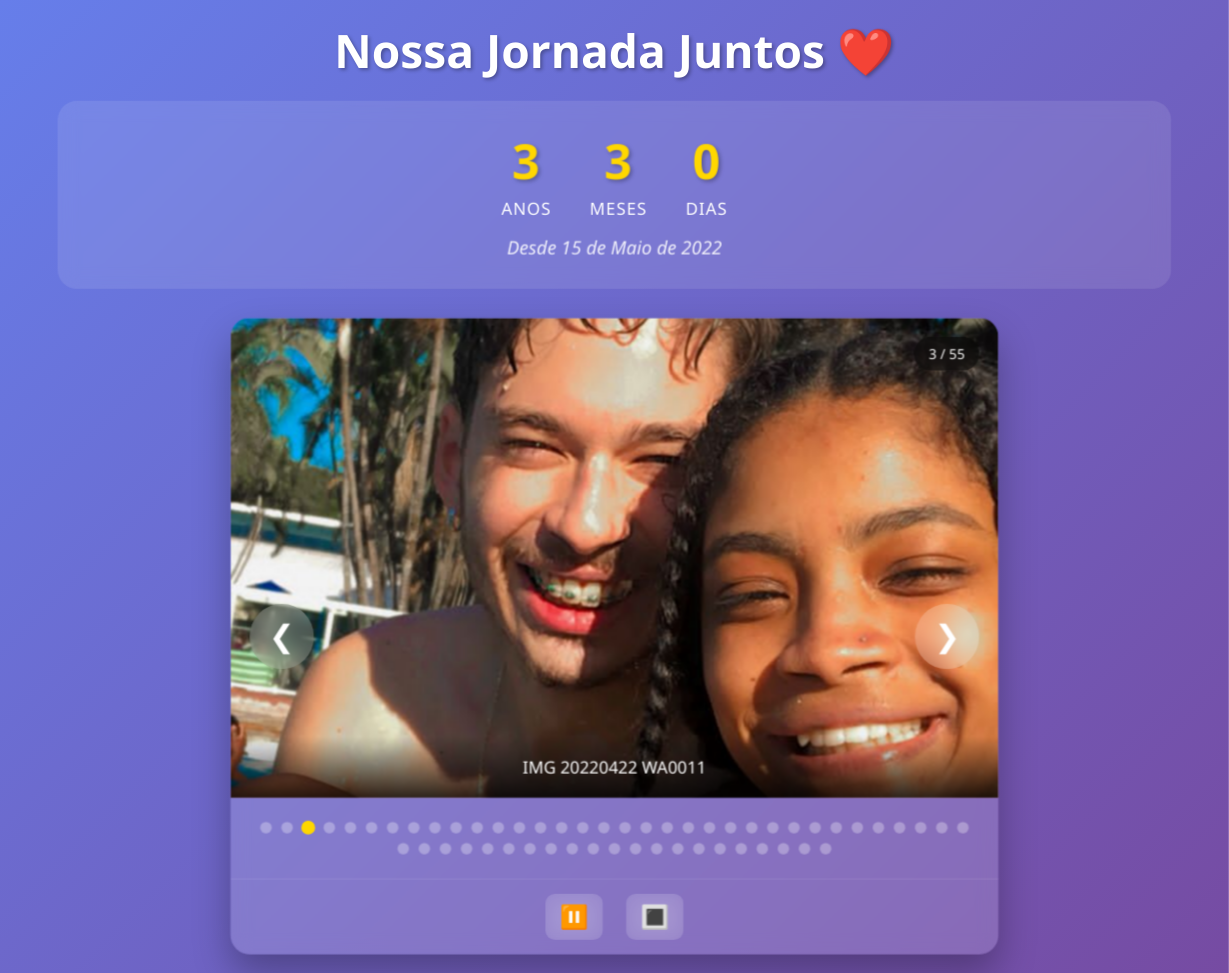
Repository: yan-luca/vic-yan
Page: index.html
An editor plug-in stored every save of this project. The page is shown before and after the next save, followed by the edit.
The browser window is 1280 px wide. The pictures show the whole page, at 96% of full size.

Above is the page before, as saved 2025-08-14 11:39:51.

### index.html
<!DOCTYPE html>
<html lang="pt-BR">
<head>
    <meta charset="UTF-8">
    <meta name="viewport" content="width=device-width, initial-scale=1.0">
    <title>Nossa Jornada - Vic & Yan</title>
    <link rel="stylesheet" href="style.css">
</head>
<body>
    <div class="container">
        <header>
            <h1>Nossa Jornada Juntos ❤️</h1>
            <div class="counter-container">
                <div class="counter">
                    <div class="counter-item">
                        <span id="years" class="counter-number">0</span>
                        <span class="counter-label">Anos</span>
                    </div>
                    <div class="counter-item">
                        <span id="months" class="counter-number">0</span>
                        <span class="counter-label">Meses</span>
                    </div>
                    <div class="counter-item">
                        <span id="days" class="counter-number">0</span>
                        <span class="counter-label">Dias</span>
                    </div>
                </div>
                <p class="start-date">Desde 15 de Maio de 2022</p>
            </div>
        </header>

        <main>
            <div class="slideshow-container">
                <div class="slides-wrapper" id="slidesWrapper">
                    <!-- As imagens serão carregadas dinamicamente aqui -->
                </div>

                <button class="nav-btn prev" id="prevBtn" onclick="changeSlide(-1)">❮</button>
                <button class="nav-btn next" id="nextBtn" onclick="changeSlide(1)">❯</button>

                <div class="slide-counter">
                    <span id="currentSlide">1</span> / <span id="totalSlides">0</span>
                </div>

                <div class="dots-container" id="dotsContainer">
                    <!-- Os pontos indicadores serão criados dinamicamente -->
                </div>

                <div class="controls">
                    <button id="playPauseBtn" onclick="toggleAutoplay()">⏸️</button>
                    <button onclick="toggleFullscreen()">🔳</button>
                </div>
            </div>

            <div class="loading" id="loading">
                <p>Carregando fotos...</p>
            </div>

            <div class="no-images" id="noImages" style="display: none;">
                <h3>📷 Como adicionar suas fotos no GitHub Pages:</h3>
                <div class="instructions">
                    <p><strong>⚠️ Importante:</strong> O GitHub Pages requer lista manual das imagens por segurança.</p>

                    <p><strong>📝 Passo a passo:</strong></p>
                    <ol>
                        <li>Faça upload das suas fotos para a pasta <code>images/</code></li>
                        <li>Abra o arquivo <code>script.js</code> para editar</li>
                        <li>Procure por <code>const imageList = [</code></li>
                        <li>Adicione os nomes das suas fotos:</li>
                    </ol>

                    <div class="code-example">
                        <strong>Exemplo:</strong><br>
                        <code>const imageList = [</code><br>
                        <code>&nbsp;&nbsp;&nbsp;&nbsp;'nossa-primeira-foto.jpg',</code><br>
                        <code>&nbsp;&nbsp;&nbsp;&nbsp;'viagem-praia.png',</code><br>
                        <code>&nbsp;&nbsp;&nbsp;&nbsp;'aniversario-2023.jpeg'</code><br>
                        <code>];</code>
                    </div>

                    <p><strong>🔄 Depois:</strong> Faça commit e push das mudanças</p>
                </div>
                <p class="formats">Formatos suportados: JPG, JPEG, PNG, GIF, WebP</p>
            </div>
        </main>
    </div>

    <script src="script.js"></script>
</body>
</html>

### style.css
* {
    margin: 0;
    padding: 0;
    box-sizing: border-box;
}

body {
    font-family: 'Segoe UI', Tahoma, Geneva, Verdana, sans-serif;
    background: linear-gradient(135deg, #667eea 0%, #764ba2 100%);
    min-height: 100vh;
    color: white;
}

.container {
    max-width: 1200px;
    margin: 0 auto;
    padding: 20px;
}

header {
    text-align: center;
    margin-bottom: 30px;
}

header h1 {
    font-size: 3em;
    margin-bottom: 20px;
    text-shadow: 2px 2px 4px rgba(0,0,0,0.3);
    animation: fadeInUp 1s ease-out;
}

.counter-container {
    background: rgba(255, 255, 255, 0.1);
    backdrop-filter: blur(10px);
    border-radius: 20px;
    padding: 30px;
    margin: 20px 0;
    animation: fadeInUp 1s ease-out 0.3s both;
}

.counter {
    display: flex;
    justify-content: center;
    gap: 40px;
    margin-bottom: 15px;
}

.counter-item {
    display: flex;
    flex-direction: column;
    align-items: center;
}

.counter-number {
    font-size: 3em;
    font-weight: bold;
    color: #ffd700;
    text-shadow: 2px 2px 4px rgba(0,0,0,0.3);
    transition: all 0.3s ease;
}

.counter-label {
    font-size: 1.1em;
    text-transform: uppercase;
    letter-spacing: 1px;
    margin-top: 5px;
}

.start-date {
    font-size: 1.2em;
    opacity: 0.9;
    font-style: italic;
}

.slideshow-container {
    position: relative;
    max-width: 800px;
    margin: 0 auto;
    background: rgba(255, 255, 255, 0.1);
    backdrop-filter: blur(10px);
    border-radius: 20px;
    overflow: hidden;
    box-shadow: 0 20px 40px rgba(0,0,0,0.3);
    animation: fadeInUp 1s ease-out 0.6s both;
}

.slides-wrapper {
    position: relative;
    width: 100%;
    height: 500px;
    overflow: hidden;
}

.slide {
    display: none;
    width: 100%;
    height: 100%;
    position: relative;
    animation: fadeIn 0.5s ease-in-out;
}

.slide.active {
    display: block;
}

.slide img {
    width: 100%;
    height: 100%;
    object-fit: cover;
    border-radius: 0;
}

.slide-caption {
    position: absolute;
    bottom: 0;
    left: 0;
    right: 0;
    background: linear-gradient(transparent, rgba(0,0,0,0.8));
    color: white;
    padding: 20px;
    text-align: center;
    font-size: 1.1em;
}

.nav-btn {
    position: absolute;
    top: 50%;
    transform: translateY(-50%);
    background: rgba(255, 255, 255, 0.2);
    border: none;
    color: white;
    font-size: 2em;
    padding: 15px 20px;
    cursor: pointer;
    transition: all 0.3s ease;
    backdrop-filter: blur(10px);
    border-radius: 50%;
    z-index: 10;
}

.nav-btn:hover {
    background: rgba(255, 255, 255, 0.3);
    transform: translateY(-50%) scale(1.1);
}

.prev {
    left: 20px;
}

.next {
    right: 20px;
}

.slide-counter {
    position: absolute;
    top: 20px;
    right: 20px;
    background: rgba(0, 0, 0, 0.5);
    color: white;
    padding: 8px 15px;
    border-radius: 20px;
    font-size: 0.9em;
    backdrop-filter: blur(10px);
}

.dots-container {
    text-align: center;
    padding: 20px;
    background: rgba(255, 255, 255, 0.05);
}

.dot {
    height: 12px;
    width: 12px;
    margin: 0 5px;
    background-color: rgba(255, 255, 255, 0.3);
    border-radius: 50%;
    display: inline-block;
    cursor: pointer;
    transition: all 0.3s ease;
}

.dot.active, .dot:hover {
    background-color: #ffd700;
    transform: scale(1.2);
}

.controls {
    text-align: center;
    padding: 15px;
    background: rgba(255, 255, 255, 0.05);
    border-top: 1px solid rgba(255, 255, 255, 0.1);
}

.controls button {
    background: rgba(255, 255, 255, 0.1);
    border: none;
    color: white;
    font-size: 1.5em;
    padding: 10px 15px;
    margin: 0 10px;
    cursor: pointer;
    border-radius: 10px;
    transition: all 0.3s ease;
    backdrop-filter: blur(10px);
}

.controls button:hover {
    background: rgba(255, 255, 255, 0.2);
    transform: scale(1.1);
}

.loading, .no-images {
    text-align: center;
    padding: 60px 20px;
    font-size: 1.3em;
    background: rgba(255, 255, 255, 0.1);
    backdrop-filter: blur(10px);
    border-radius: 20px;
    max-width: 800px;
    margin: 0 auto;
}

.loading p, .no-images p {
    margin: 10px 0;
}

.no-images h3 {
    color: #ffd700;
    margin-bottom: 20px;
    font-size: 1.5em;
}

.no-images .instructions {
    text-align: left;
    background: rgba(255, 255, 255, 0.05);
    padding: 20px;
    border-radius: 10px;
    margin: 20px 0;
    max-width: 600px;
    margin-left: auto;
    margin-right: auto;
}

.no-images .instructions p {
    margin: 15px 0 10px 0;
    font-weight: bold;
    color: #ffd700;
}

.no-images .instructions ol {
    margin: 10px 0 20px 20px;
    font-size: 0.9em;
}

.no-images .instructions li {
    margin: 8px 0;
    line-height: 1.4;
}

.no-images code {
    background: rgba(255, 255, 255, 0.2);
    padding: 2px 6px;
    border-radius: 4px;
    font-family: 'Courier New', monospace;
    color: #ffd700;
}

.no-images .code-example {
    background: rgba(0, 0, 0, 0.3);
    padding: 15px;
    border-radius: 8px;
    margin: 15px 0;
    border-left: 4px solid #ffd700;
}

.no-images .code-example code {
    background: transparent;
    padding: 0;
    color: #fff;
    font-size: 0.9em;
    line-height: 1.6;
}

.no-images .formats {
    font-size: 0.9em;
    opacity: 0.8;
    font-style: italic;
}

/* Animações */
@keyframes fadeIn {
    from { opacity: 0; }
    to { opacity: 1; }
}

@keyframes fadeInUp {
    from {
        opacity: 0;
        transform: translateY(30px);
    }
    to {
        opacity: 1;
        transform: translateY(0);
    }
}

@keyframes pulse {
    0% { transform: scale(1); }
    50% { transform: scale(1.05); }
    100% { transform: scale(1); }
}

.counter-number {
    animation: pulse 2s infinite;
}

/* Responsividade */
@media (max-width: 768px) {
    header h1 {
        font-size: 2em;
    }

    .counter {
        gap: 20px;
        flex-wrap: wrap;
    }

    .counter-number {
        font-size: 2em;
    }

    .slides-wrapper {
        height: 300px;
    }

    .nav-btn {
        font-size: 1.5em;
        padding: 10px 15px;
    }

    .prev {
        left: 10px;
    }

    .next {
        right: 10px;
    }
}

@media (max-width: 480px) {
    .container {
        padding: 10px;
    }

    .counter-container {
        padding: 20px;
    }

    .counter {
        gap: 15px;
    }

    .counter-number {
        font-size: 1.8em;
    }

    .slides-wrapper {
        height: 250px;
    }
}

/* Modo fullscreen */
.slideshow-container.fullscreen {
    position: fixed;
    top: 0;
    left: 0;
    width: 100vw;
    height: 100vh;
    max-width: none;
    z-index: 1000;
    border-radius: 0;
}

.slideshow-container.fullscreen .slides-wrapper {
    height: 100vh;
}

.slideshow-container.fullscreen .slide img {
    object-fit: contain;
}

### script.js
// Configurações
const startDate = new Date('2022-05-15');
let currentSlideIndex = 0;
let slides = [];
let isAutoplay = true;
let autoplayInterval;
const autoplayDelay = 2000; // 4 segundos

// Formatos de imagem suportados
const imageFormats = ['jpg', 'jpeg', 'png', 'gif', 'webp'];

// IMPORTANTE: No GitHub Pages, você DEVE listar manualmente suas imagens aqui
// O GitHub Pages não permite descoberta automática de arquivos por segurança
const imageList = [
    // Suas fotos (organizadas cronologicamente):
    '20220330_205428.jpg',
    'IMG-20220412-WA0014.jpg',
    'IMG-20220422-WA0011.jpg',
    'IMG-20220424-WA0016.jpg',
    'IMG-20220501-WA0048.jpg',
    'IMG-20220610-WA0003.jpg',
    'IMG-20220619-WA0008.jpg',
    'IMG-20220626-WA0062.jpg',
    'IMG-20220626-WA0071.jpg',
    'IMG-20220724-WA0056.jpg',
    'IMG-20220818-WA0011.jpg',
    '20220912_113155.jpg',
    '20220912_141717.jpg',
    'IMG-20220925-WA0011.jpg',
    'IMG-20221030-WA0012.jpg',
    'IMG-20221201-WA0009.jpg',
    'IMG-20221203-WA0001.jpg',
    '20230128_180709.jpg',
    'IMG-20230216-WA0000.jpg',
    '20230506_192135.jpg',
    '20230521_122653.jpg',
    '20230603_172531.jpg',
    '20230608_000824.jpg',
    '20230707_173940.jpg',
    '20230714_174535.jpg',
    '20230714_174624(0).jpg',
    '20230714_175502.jpg',
    '20230715_223103.jpg',
    '20230716_163837.jpg',
    '20230716_164612.jpg',
    '20230822_182113.jpg',
    '20230823_160356.jpg',
    '20230917_160911.jpg',
    '20230917_164506.jpg',
    '20230928_182321.jpg',
    '20231224_211740.jpg',
    '20240215_161409.jpg',
    '20240215_163658.jpg',
    '20240215_164804.jpg',
    '20240510_144636.jpg',
    'Screenshot_20240515_131250_Photos.jpg',
    'Screenshot_20240515_131302_Photos.jpg',
    '20240612_190503.jpg',
    '20240615_191854.jpg',
    '20240817_175401.jpg',
    '20240817_175604.jpg',
    '20240824_204941.jpg',
    '20240924_184110.jpg',
    '20240924_184135.jpg',
    '20241025_224054.jpg',
    '20241201_185904.jpg',
    '20250322_204125.jpg',
    '20250522_200536.jpg',
    '20250612_185640.jpg',
    '20250716_202833.jpg'

    // ⚠️  ATENÇÃO: Se deixar vazio, a página mostrará as instruções de como adicionar fotos
];

// Inicialização
document.addEventListener('DOMContentLoaded', function() {
    updateCounter();
    loadImages();

    // Atualizar contador a cada segundo
    setInterval(updateCounter, 1000);

    // Controles de teclado
    document.addEventListener('keydown', handleKeyPress);
});

// Função para atualizar o contador de tempo
function updateCounter() {
    const now = new Date();
    const diff = now - startDate;

    const years = Math.floor(diff / (365.25 * 24 * 60 * 60 * 1000));
    const months = Math.floor((diff % (365.25 * 24 * 60 * 60 * 1000)) / (30.44 * 24 * 60 * 60 * 1000));
    const days = Math.floor((diff % (30.44 * 24 * 60 * 60 * 1000)) / (24 * 60 * 60 * 1000));

    document.getElementById('years').textContent = years;
    document.getElementById('months').textContent = months;
    document.getElementById('days').textContent = days;
}

// Função para carregar imagens
async function loadImages() {
    const slidesWrapper = document.getElementById('slidesWrapper');
    const loading = document.getElementById('loading');
    const noImages = document.getElementById('noImages');

    try {
        // No GitHub Pages, só funciona com lista manual
        if (imageList.length === 0) {
            loading.style.display = 'none';
            noImages.style.display = 'block';
            return;
        }

        // Carregar e validar imagens da lista manual
        for (const imageName of imageList) {
            await loadImage(imageName);
        }

        if (slides.length === 0) {
            loading.style.display = 'none';
            noImages.style.display = 'block';
            return;
        }

        loading.style.display = 'none';
        setupSlideshow();

    } catch (error) {
        console.error('Erro ao carregar imagens:', error);
        loading.style.display = 'none';
        noImages.style.display = 'block';
    }
}

// Função para carregar uma imagem específica
function loadImage(imageName) {
    return new Promise((resolve) => {
        const img = new Image();

        img.onload = function() {
            slides.push({
                src: `images/${imageName}`,
                name: imageName,
                caption: getImageCaption(imageName)
            });
            resolve();
        };

        img.onerror = function() {
            console.warn(`❌ Imagem não encontrada: images/${imageName}`);
            console.warn('💡 Verifique se o nome está correto e se o arquivo existe na pasta images/');
            resolve();
        };

        img.src = `images/${imageName}`;
    });
}

// Função para gerar legenda da imagem
function getImageCaption(imageName) {
    // Remove a extensão e formata o nome
    const nameWithoutExtension = imageName.replace(/\.[^/.]+$/, "");
    return nameWithoutExtension.replace(/[_-]/g, ' ').replace(/^\w/, c => c.toUpperCase());
}

// Função para configurar o slideshow
function setupSlideshow() {
    const slidesWrapper = document.getElementById('slidesWrapper');
    const dotsContainer = document.getElementById('dotsContainer');

    // Limpar conteúdo existente
    slidesWrapper.innerHTML = '';
    dotsContainer.innerHTML = '';

    // Criar slides
    slides.forEach((slide, index) => {
        // Criar slide
        const slideDiv = document.createElement('div');
        slideDiv.className = 'slide';
        slideDiv.innerHTML = `
            <img src="${slide.src}" alt="${slide.caption}" loading="lazy">
            <div class="slide-caption">${slide.caption}</div>
        `;
        slidesWrapper.appendChild(slideDiv);

        // Criar dot
        const dot = document.createElement('span');
        dot.className = 'dot';
        dot.onclick = () => goToSlide(index);
        dotsContainer.appendChild(dot);
    });

    // Atualizar contador total
    document.getElementById('totalSlides').textContent = slides.length;

    // Mostrar primeiro slide
    showSlide(0);

    // Iniciar autoplay
    if (isAutoplay) {
        startAutoplay();
    }
}

// Função para mostrar slide específico
function showSlide(index) {
    const slideElements = document.querySelectorAll('.slide');
    const dots = document.querySelectorAll('.dot');

    // Esconder todos os slides
    slideElements.forEach(slide => slide.classList.remove('active'));
    dots.forEach(dot => dot.classList.remove('active'));

    // Mostrar slide atual
    if (slideElements[index]) {
        slideElements[index].classList.add('active');
        dots[index].classList.add('active');
    }

    currentSlideIndex = index;
    document.getElementById('currentSlide').textContent = index + 1;
}

// Função para ir para slide específico
function goToSlide(index) {
    showSlide(index);
    restartAutoplay();
}

// Função para mudar slide
function changeSlide(direction) {
    const newIndex = currentSlideIndex + direction;

    if (newIndex >= slides.length) {
        showSlide(0);
    } else if (newIndex < 0) {
        showSlide(slides.length - 1);
    } else {
        showSlide(newIndex);
    }

    restartAutoplay();
}

// Função para iniciar autoplay
function startAutoplay() {
    if (slides.length <= 1) return;

    autoplayInterval = setInterval(() => {
        changeSlide(1);
    }, autoplayDelay);
}

// Função para parar autoplay
function stopAutoplay() {
    if (autoplayInterval) {
        clearInterval(autoplayInterval);
        autoplayInterval = null;
    }
}

// Função para reiniciar autoplay
function restartAutoplay() {
    stopAutoplay();
    if (isAutoplay) {
        startAutoplay();
    }
}

// Função para alternar autoplay
function toggleAutoplay() {
    isAutoplay = !isAutoplay;
    const button = document.getElementById('playPauseBtn');

    if (isAutoplay) {
        startAutoplay();
        button.textContent = '⏸️';
    } else {
        stopAutoplay();
        button.textContent = '▶️';
    }
}

// Função para alternar fullscreen
function toggleFullscreen() {
    const slideshow = document.querySelector('.slideshow-container');

    if (!document.fullscreenElement) {
        slideshow.requestFullscreen().catch(err => {
            console.log(`Erro ao entrar em fullscreen: ${err.message}`);
        });
        slideshow.classList.add('fullscreen');
    } else {
        document.exitFullscreen();
        slideshow.classList.remove('fullscreen');
    }
}

// Função para lidar com teclas pressionadas
function handleKeyPress(e) {
    switch(e.key) {
        case 'ArrowLeft':
            changeSlide(-1);
            break;
        case 'ArrowRight':
            changeSlide(1);
            break;
        case ' ':
            e.preventDefault();
            toggleAutoplay();
            break;
        case 'f':
        case 'F':
            toggleFullscreen();
            break;
        case 'Escape':
            if (document.fullscreenElement) {
                document.exitFullscreen();
                document.querySelector('.slideshow-container').classList.remove('fullscreen');
            }
            break;
    }
}

// Detectar saída do fullscreen
document.addEventListener('fullscreenchange', () => {
    const slideshow = document.querySelector('.slideshow-container');
    if (!document.fullscreenElement) {
        slideshow.classList.remove('fullscreen');
    }
});

// Pausar autoplay quando a aba não estiver ativa
document.addEventListener('visibilitychange', () => {
    if (document.hidden) {
        stopAutoplay();
    } else if (isAutoplay) {
        startAutoplay();
    }
});

// Pausar autoplay ao passar o mouse sobre o slideshow
document.addEventListener('DOMContentLoaded', function() {
    const slideshow = document.querySelector('.slideshow-container');

    slideshow.addEventListener('mouseenter', () => {
        if (isAutoplay) stopAutoplay();
    });

    slideshow.addEventListener('mouseleave', () => {
        if (isAutoplay) startAutoplay();
    });
});

After the next save:
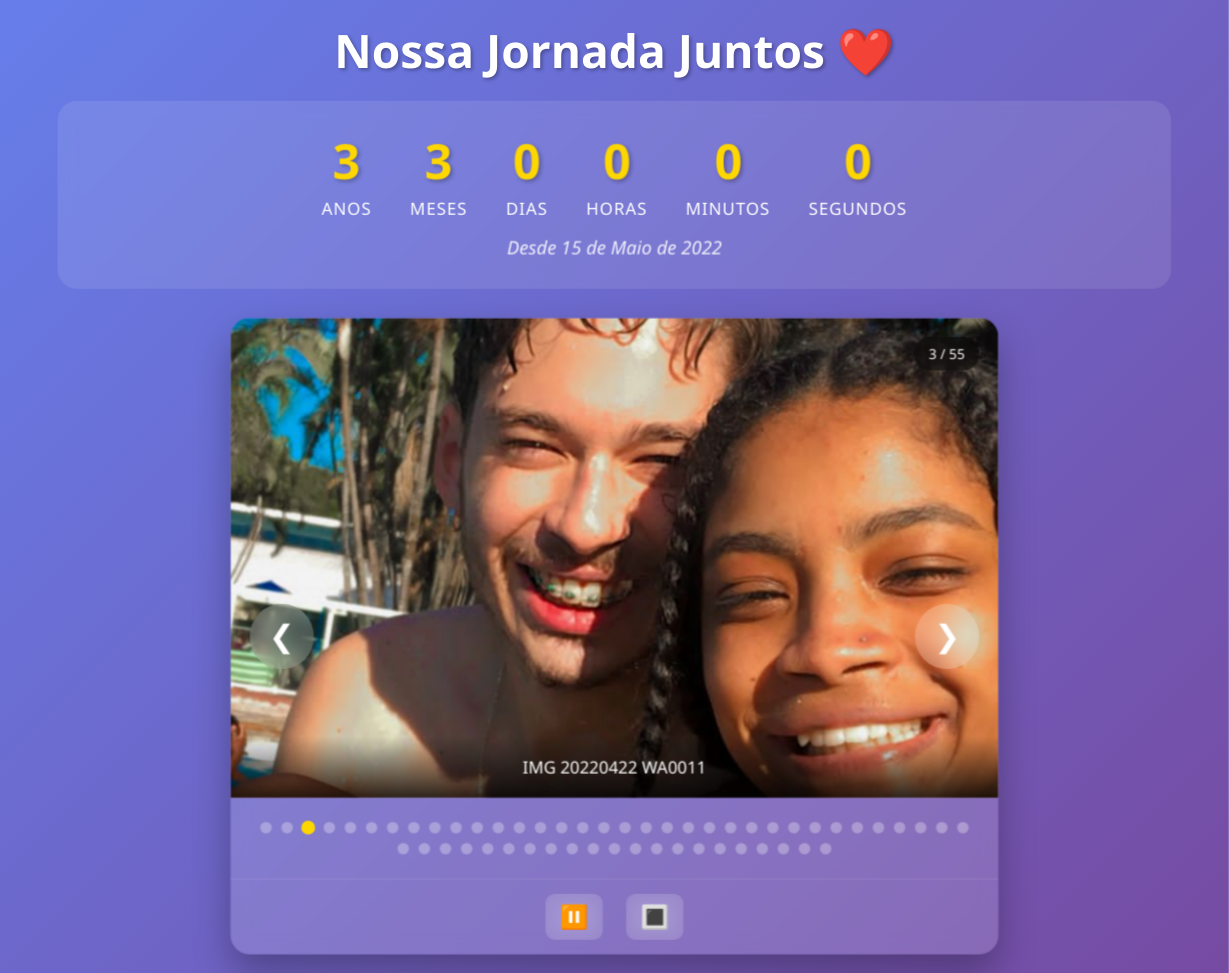
Saved 12 h 51 min later.
--- a/index.html
+++ b/index.html
@@ -23,6 +23,18 @@
                     <div class="counter-item">
                         <span id="days" class="counter-number">0</span>
                         <span class="counter-label">Dias</span>
+                    </div>
+                    <div class="counter-item">
+                        <span id="hours" class="counter-number">0</span>
+                        <span class="counter-label">Horas</span>
+                    </div>
+                    <div class="counter-item">
+                        <span id="minutes" class="counter-number">0</span>
+                        <span class="counter-label">Minutos</span>
+                    </div>
+                    <div class="counter-item">
+                        <span id="seconds" class="counter-number">0</span>
+                        <span class="counter-label">Segundos</span>
                     </div>
                 </div>
                 <p class="start-date">Desde 15 de Maio de 2022</p>
